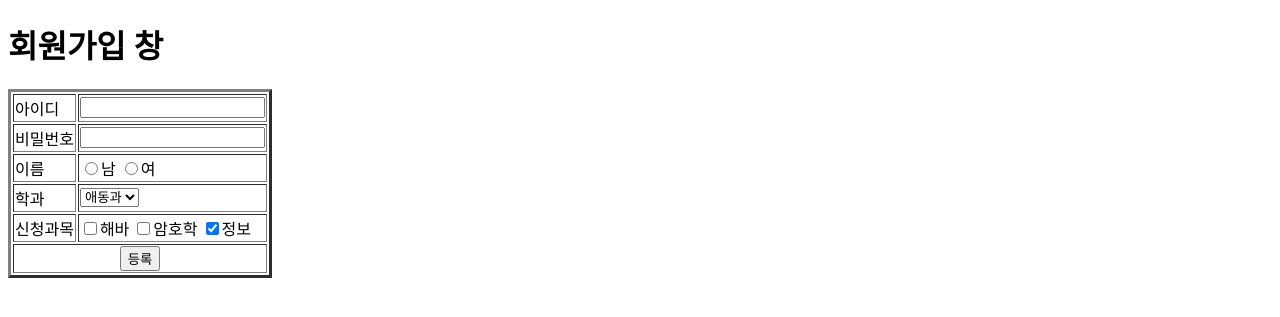
Repository: i-kemen/jsp
Page: http://localhost/WebTest/memeber.jsp
An editor plug-in stored every save of this project. The page is shown before and after the next save, followed by the edit.
The browser window is 1280 px wide. The pictures show the whole page.
The page is served by Tomcat 10.

Above is the page before, as saved 2023-06-22 05:18:54.

After the next save:
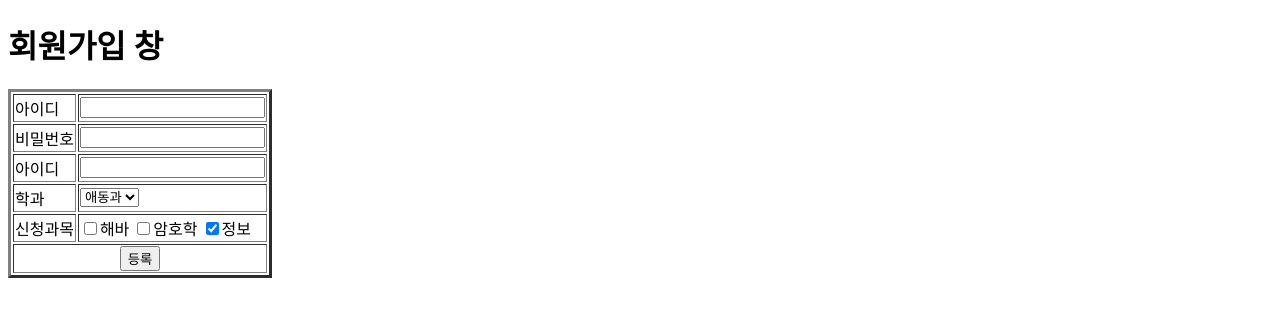
Saved 18 s later.
--- a/WebTest/src/main/webapp/memeber.jsp
+++ b/WebTest/src/main/webapp/memeber.jsp
@@ -21,11 +21,8 @@
    </tr>
 
     <tr>
-
-   <td>이름</td>
-    <td> <input type ="radio" name="sex" value="man">남
-    <input type ="radio" name="sex" value="woman">여 </td>
-
+    <td> 아이디</td>
+    <td><input type ="text" name="id"> </td>
     </tr>
 
     <tr>
